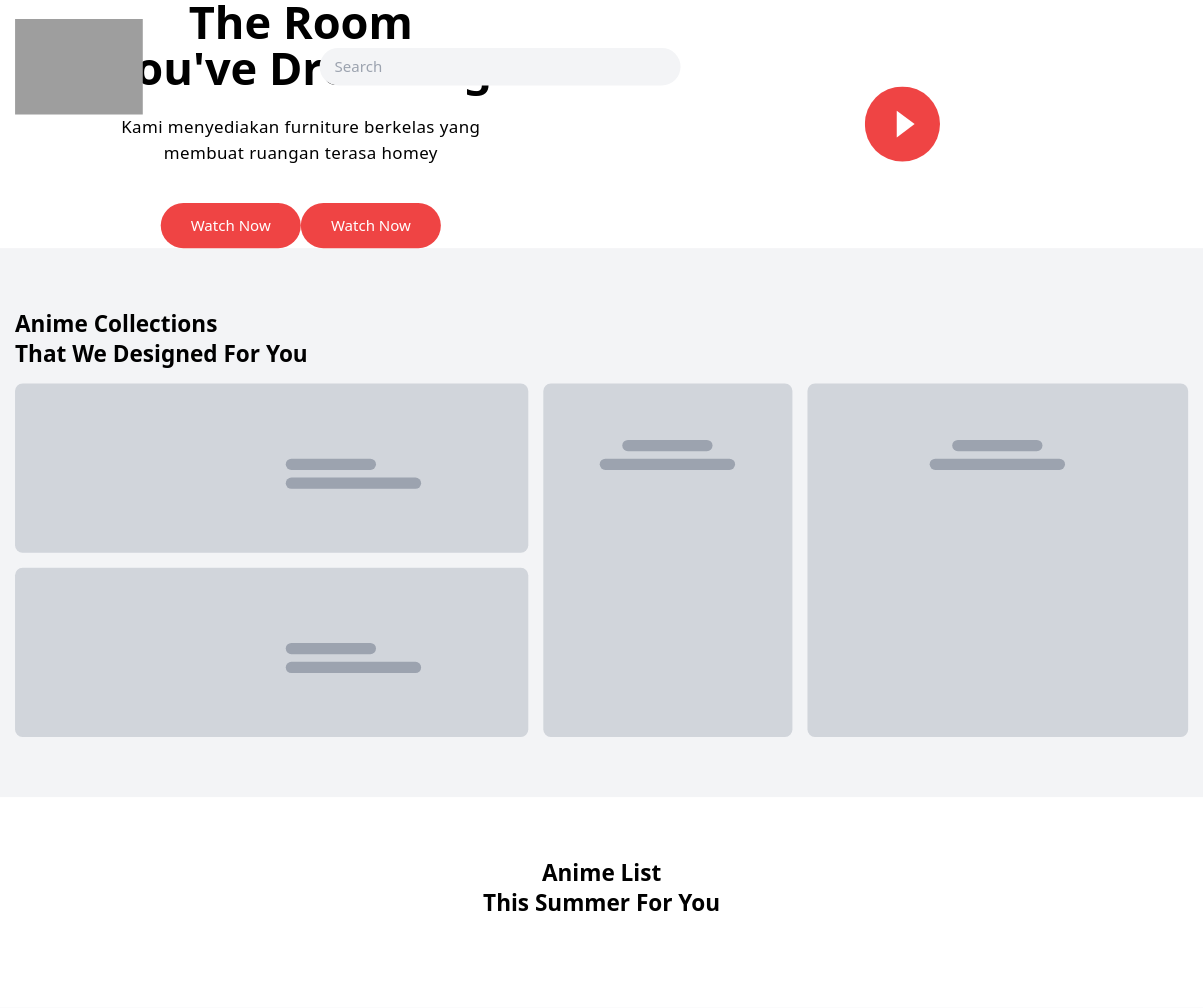
Repository: farrelmuhammad/anime-collections
Page: /
The author's editor kept a copy of each file at every save. The page is drawn from the files as they stood at one save, then again after the next save.
The browser window is 1280 px wide. The pictures show the whole page, at 94% of full size.
Pictures or frames that could not be fetched are drawn as grey boxes. The page's requests for data from a server got no answer. The project was rebuilt for these pictures with package versions that can differ from the ones it lists, and the page was loaded fresh each time. No one was signed in, and anything a server would have sent is missing. Also part of the build but not shown: src/App.css.

Above is the page before, as saved 2023-08-04 00:41:27.

### src/index.tsx
import React from 'react';
import ReactDOM from 'react-dom/client';
import "./assets/css/app.css";
import App from './App';
import reportWebVitals from './reportWebVitals';
import { BrowserRouter } from 'react-router-dom';

const root = ReactDOM.createRoot(
  document.getElementById('root') as HTMLElement
);
root.render(
  <React.StrictMode>
    <BrowserRouter>
      <App />
    </BrowserRouter>
  </React.StrictMode>
);

// If you want to start measuring performance in your app, pass a function
// to log results (for example: reportWebVitals(console.log))
// or send to an analytics endpoint. Learn more: https://bit.ly/CRA-vitals
reportWebVitals();

### src/assets/css/app.css
@import url("https://fonts.googleapis.com/css2?family=Open+Sans:wght@300;400;600&display=swap");
@tailwind base;
@tailwind components;
@tailwind utilities;

/* body {
  background-color: #16181f;
} */

/* utils */

.grid {
  grid-auto-flow: row dense;
  grid-auto-rows: minmax(180px, auto);
}

.stretched-link {
  @apply absolute inset-0 z-10;
}

/* card */

.card .card-shadow {
  @apply transition duration-300 shadow-none h-full;
}

.card:hover .card-shadow {
  @apply shadow-lg;
}

/* overlay */

.overlay {
  @apply absolute;
}

.overlay * {
  @apply transition-all duration-200;
}

.overlay.hoverable > * {
  @apply opacity-0;
}

.overlay.hoverable:hover > * {
  @apply opacity-100;
}

.overlay .video {
  @apply absolute transform bg-red-500 bg-no-repeat bg-center w-20 h-20 rounded-full items-center justify-center flex -translate-x-1/2 -translate-y-1/2;
  content: '';
  top: 50%;
  left: 50%;
  transform: translate(-50%, -50%);
  background-image: url("data:[embedded picture, 193 characters]");
}


@media only screen and (max-width: 768px) {
  .hero .hero-image,
  .hero .hero-caption {
    min-height: 90vh;
  }
  .hero .hero-cta {
    @apply w-12 h-12;
    transform: translateX(-75px) translateY(-50%);
    background-size: 37.5%;
  }
}

/* breadcrumb */

ul.breadcrumb {
  @apply flex flex-row items-center text-lg;
}

ul.breadcrumb li:not(:last-child):after {
  content: "/";
  @apply px-4;
}

ul.breadcrumb li:not(:last-child) a {
  @apply font-light;
}

ul.breadcrumb li:last-child a {
  @apply font-semibold;
}

/* slider */

.slider {
  @apply flex my-4 flex-col;
}

.slider .thumbnail {
  @apply w-screen order-last -mx-2 overflow-auto flex pl-4;
}

.slider .thumbnail .item {
  @apply rounded relative rounded-lg mb-4 cursor-pointer;
  width: 106px;
  height: 106px;
}

.slider .thumbnail .item:after {
  content: "";
  @apply transition duration-200 absolute inset-0 bg-black bg-opacity-0 border-2 border-black border-opacity-0 rounded-lg;
}

.slider .thumbnail .item.selected:after {
  content: "";
  @apply bg-opacity-25 border-opacity-100;
}

.slider .preview {
  @apply mb-4 px-4;
  height: 320px;
}

@media only screen and (min-width: 768px) {
  .slider {
    @apply flex-row;
  }
  .slider .thumbnail {
    @apply w-auto order-first block overflow-visible pl-0;
  }
  .slider .preview {
    height: 600px;
    width: 560px;
  }
}

a.cart svg g circle.dot {
  @apply hidden;
}

a.cart.cart-filled svg g circle.dot {
  @apply block;
}

button[disabled] {
  @apply bg-gray-300 hover:bg-gray-300 text-gray-400 hover:text-gray-400 cursor-not-allowed;
}

section:not(.bg-gray-100) + section.sitemap > div {
  @apply border-t;
}

### src/App.tsx
import React from 'react';
import logo from './logo.svg';
import './App.css';
import { Routes, Route } from 'react-router-dom';
import Home from './pages/Home';

function App() {
  return (
    <>
      <Routes>
        <Route path="/" element={<Home />} />
      </Routes>
    </>
  );
}

export default App;

### src/pages/Home.tsx
import React from 'react'
import Header from '../parts/Header'
import Hero from '../parts/Home/Hero'
import Categories from '../parts/Home/Categories'
import AnimeList from '../parts/Home/AnimeList'

const Home = () => {
    return (
        <>
            <Header theme="white" position="absolute" />
            <Hero />
            <Categories />
            <AnimeList />
        </>
    )
}

export default Home

### src/parts/Home/Hero.tsx
import React, { useState, useEffect } from "react";
import axios from "axios";

const Hero: React.FC = () => {
    const [randomImage, setRandomImage] = useState<string | null>(null);

    useEffect(() => {
        fetchRandomAnimeImage();
    }, []);

    const fetchRandomAnimeImage = async () => {
        try {
            const response = await axios.get("https://picsum.photos/800/600");
            console.log(response.request.responseURL);
            setRandomImage(response.request.responseURL);
        } catch (error) {
            console.error("Error fetching random image:", error);
        }
    };

    return (
        <section className="flex items-center hero">
            <div className="w-full absolute z-20 inset-0 md:relative md:w-1/2 text-center flex flex-col justify-center hero-caption">
                <h1 className="text-3xl md:text-5xl leading-tight font-semibold">
                    The Room <br className="" />
                    You've Dreaming
                </h1>
                <h2 className="px-8 text-base md:px-0 md:text-lg my-6 tracking-wide">
                    Kami menyediakan furniture berkelas yang
                    <br className="hidden lg:block" />
                    membuat ruangan terasa homey
                </h2>
                <div>
                    <a
                        href="#browse-the-room"
                        className="bg-red-500 text-white hover:bg-black hover:text-red-400 rounded-full px-8 py-3 mt-4 inline-block flex-none transition duration-200"
                    >
                        Watch Now
                    </a>
                    <a
                        href="#browse-the-room"
                        className="bg-red-500 text-white hover:bg-black hover:text-red-400 rounded-full px-8 py-3 mt-4 inline-block flex-none transition duration-200"
                    >
                        Watch Now
                    </a>
                </div>
            </div>
            <div className="w-full inset-0 md:relative md:w-1/2">
                <div className="relative hero-image">
                    <div className="overlay inset-0 bg-black opacity-35 z-10"></div>
                    <div className="overlay right-0 bottom-0 md:inset-0">
                        <button
                            className="video hero-cta focus:outline-none z-30 modal-trigger"
                            data-content='<div class="w-screen pb-56 md:w-88 md:pb-56 relative z-50">
              <div class="absolute w-full h-full">
                <iframe
                  width="100%"
                  height="100%"
                  src="https://www.youtube.com/embed/3h0_v1cdUIA"
                  frameborder="0"
                  allow="accelerometer; autoplay; clipboard-write; encrypted-media; gyroscope; picture-in-picture"
                  allowfullscreen
                ></iframe>
              </div>
            </div>'
                        ></button>
                    </div>
                    {randomImage && ( // Add this condition to render the image only when randomImage is not null
                        <img
                            src={randomImage}
                            alt="hero 1"
                            className="absolute inset-0 md:relative w-full h-full object-cover object-center"
                        />
                    )}
                </div>
            </div>
        </section>
    );
};

export default Hero;

### src/parts/Home/Categories.tsx
import React, { useEffect } from "react";
// import useAsync from "../../helpers/hooks/useAsync";
import fetch from "../../helpers/fetch";

interface Category {
    id: number;
    title: string;
    imageUrl: string;
    products: number;
    ratio: {
        default: string;
        md: string;
    };
}

interface CategoriesProps { }

function Loading({ ratio }: { ratio: any }) {
    const dummy = [
        {
            id: 1,
            ratio: {
                default: "1/9",
                md: "1/4",
            },
        },
        {
            id: 2,
            ratio: {
                default: "1/9",
                md: "2/2",
            },
        },
        {
            id: 3,
            ratio: {
                default: "1/9",
                md: "2/3",
            },
        },
        {
            id: 4,
            ratio: {
                default: "1/9",
                md: "1/4",
            },
        },
    ];

    return (
        <>
            {dummy.map((item, index) => (
                <div
                    key={item.id}
                    className={`relative card ${ratio?.wrapper.default?.[item.ratio.default]
                        } ${ratio?.wrapper.md?.[item.ratio.md]}`}
                    style={{ height: index === 0 ? 180 : "auto" }}
                >
                    <div className="bg-gray-300 rounded-lg w-full h-full">
                        <div className={`overlay  ${ratio?.meta?.[item.ratio.md]}`}>
                            <div className="w-24 h-3 bg-gray-400 mt-3 rounded-full"></div>
                            <div className="w-36 h-3 bg-gray-400 mt-2 rounded-full"></div>
                        </div>
                    </div>
                </div>
            ))}
        </>
    );
}

const Categories: React.FC<CategoriesProps> = () => {
    // const { data, status, error, run, isLoading } = useAsync<{ data: Category[] }>();

    // useEffect(() => {
    //     run(
    //         fetch({
    //             url: "/api/categories/?page=1&limit=4",
    //         })
    //     );
    // }, [run]);

    const ratioClassNames = {
        wrapper: {
            default: {
                "1/9": "col-span-9 row-span-1",
            },
            md: {
                "1/4": "md:col-span-4 md:row-span-1",
                "2/2": "md:col-span-2 md:row-span-2",
                "2/3": "md:col-span-3 md:row-span-2",
            },
        },
        meta: {
            "1/9":
                "left-0 top-0 bottom-0 flex justify-center flex-col pl-48 md:pl-72",
            "1/4":
                "left-0 top-0 bottom-0 flex justify-center flex-col pl-48 md:pl-72",
            "2/2":
                "inset-0 md:bottom-auto flex justify-center md:items-center flex-col pl-48 md:pl-0 pt-0 md:pt-12",
            "2/3":
                "inset-0 md:bottom-auto flex justify-center md:items-center flex-col pl-48 md:pl-0 pt-0 md:pt-12",
        },
    };

    return (
        <section className="flex bg-gray-100 py-16 px-4" id="browse-the-room">
            <div className="container mx-auto">
                <div className="flex flex-start mb-4">
                    <h3 className="text-2xl capitalize font-semibold">
                        Anime Collections <br className="" />
                        that we designed for you
                    </h3>
                </div>
                <div className="grid grid-rows-2 grid-cols-9 gap-4">
                    {/* {isLoading ? (
                    <Loading ratio={ratioClassNames} />
                ) : (
                    data?.data.map((item, index) => {
                        return (
                            <div
                                key={item.id}
                                className={`relative card ${ratioClassNames?.wrapper.default?.[item.ratio.default]
                                    } ${ratioClassNames?.wrapper.md?.[item.ratio.md]}`}
                                style={{ height: index === 0 ? 180 : "auto" }}
                            >
                                <div className="card-shadow rounded-xl">
                                    <img
                                        src={`../../assets/images/content/${item.imageUrl}`}
                                        alt={item.title}
                                        className="w-full h-full object-cover object-center overlay overflow-hidden rounded-xl"
                                    />
                                </div>
                                <div
                                    className={`overlay  ${ratioClassNames?.meta?.[item.ratio.md]
                                        }`}
                                >
                                    <h5 className="text-lg font-semibold">{item.title}</h5>
                                    <span className="">
                                        {item.products} item{item.products > 1 ? "s" : ""}
                                    </span>
                                </div>
                            </div>
                        );
                    })
                )} */}
                    <Loading ratio={ratioClassNames} />
                </div>
            </div>
        </section>
    );
};

export default Categories;

### src/parts/Home/AnimeList.tsx
import React, { useEffect, useRef } from "react";
// import useAsync from "../../helpers/hooks/useAsync";
import fetch from "../../helpers/fetch";
import { Link } from "react-router-dom";
// import Carousel from "../../components/Carousel";

interface Product {
    id: number;
    title: string;
    imageUrl: string;
    price: number;
    idc: number;
}

function Loading() {
    return (
        <>
            {Array(8)
                .fill(null)
                .map((_, index) => {
                    return (
                        <div className="px-4 relative card group" key={index}>
                            <div
                                className="rounded-xl bg-gray-300 overflow-hidden card-shadow relative"
                                style={{ width: "180px", height: "240px" }}
                            ></div>
                            <div className="w-24 h-3 bg-gray-300 mt-3 rounded-full"></div>
                            <div className="w-36 h-3 bg-gray-300 mt-2 rounded-full"></div>
                        </div>
                    );
                })}
        </>
    );
}

const AnimeList: React.FC = () => {
    // const { data, error, run, isLoading } = useAsync<{ data: Product[] }>();

    const refContainer = useRef<HTMLDivElement>(null);

    // useEffect(() => {
    //     run(
    //         fetch({
    //             url: "/api/products/?page=1&limit=10",
    //         })
    //     );
    // }, [run]);

    return (
        <section className="flex flex-col py-16">
            <div className="container mx-auto mb-4">
                <div className="flex justify-center text-center mb-4">
                    <h3 className="text-2xl capitalize font-semibold">
                        Anime List <br className="" />
                        this summer for you
                    </h3>
                </div>
            </div>
            <div className="overflow-x-hidden px-4" id="carousel">
                <div
                    className="overflow-x-hidden px-4"
                    id="carousel"
                    ref={refContainer}
                ></div>
                {refContainer.current && (
                    <div
                        className="flex -mx-4 flex-row relative"
                        style={{
                            paddingLeft:
                                refContainer.current.getBoundingClientRect().left - 16 || 0,
                        }}
                    >
                        <Loading />
                    </div>
                )}
                {/* {isLoading ? (
                    <div
                        className="flex -mx-4 flex-row relative"
                        style={{
                            paddingLeft:
                                refContainer.current?.getBoundingClientRect()?.left - 16 || 0,
                        }}
                    >
                        <Loading />
                    </div>
                ) : error ? (
                    JSON.stringify(error)
                ) : data.data.length === 0 ? (
                    "No Product Found"
                ) : (
                    <Carousel refContainer={refContainer}>
                        {data.data.map((item) => {
                            return (
                                <div className="px-4 relative card group" key={item.id}>
                                    <div
                                        className="rounded-xl overflow-hidden card-shadow relative"
                                        style={{ width: "287px", height: "386px" }}
                                    >
                                        <div className="absolute opacity-0 group-hover:opacity-100 transition duration-200 flex items-center justify-center w-full h-full bg-black bg-opacity-35">
                                            <div className="bg-white text-black rounded-full w-16 h-16 flex items-center justify-center">
                                                <svg
                                                    className="fill-current"
                                                    width="43"
                                                    height="24"
                                                    viewBox="0 0 43 24"
                                                    fill="none"
                                                    xmlns="http://www.w3.org/2000/svg"
                                                >
                                                    <path d="M41.6557 10.0065C39.2794 6.95958 36.2012 4.43931 32.7542 2.71834C29.2355 0.961548 25.4501 0.0500333 21.4985 0.00223289C21.3896 -0.000744296 20.9526 -0.000744296 20.8438 0.00223289C16.8923 0.050116 13.1068 0.961548 9.58807 2.71834C6.14106 4.43931 3.06307 6.9595 0.686613 10.0065C-0.228871 11.1802 -0.228871 12.8198 0.686613 13.9935C3.06299 17.0404 6.14106 19.5607 9.58807 21.2817C13.1068 23.0385 16.8922 23.95 20.8438 23.9978C20.9526 24.0007 21.3896 24.0007 21.4985 23.9978C25.45 23.9499 29.2355 23.0385 32.7542 21.2817C36.2012 19.5607 39.2793 17.0405 41.6557 13.9935C42.5712 12.8196 42.5712 11.1802 41.6557 10.0065ZM10.3576 19.7406C7.13892 18.1335 4.26445 15.7799 2.04487 12.9341C1.61591 12.3841 1.61591 11.6159 2.04487 11.0659C4.26436 8.22009 7.13883 5.86646 10.3576 4.25944C11.2717 3.80311 12.2053 3.40846 13.1561 3.07436C10.71 5.27317 9.16886 8.45975 9.16886 12C9.16886 15.5403 10.7101 18.7272 13.1564 20.9259C12.2056 20.5918 11.2718 20.197 10.3576 19.7406ZM21.1712 22.2798C15.5028 22.2798 10.8913 17.6683 10.8913 11.9999C10.8913 6.33148 15.5028 1.72007 21.1712 1.72007C26.8396 1.72007 31.4511 6.33156 31.4511 12C31.4511 17.6684 26.8396 22.2798 21.1712 22.2798ZM40.2976 12.9341C38.0781 15.7798 35.2036 18.1335 31.9849 19.7405C31.0718 20.1963 30.1388 20.5892 29.1892 20.923C31.6336 18.7243 33.1736 15.5387 33.1736 11.9999C33.1736 8.45918 31.6321 5.27218 29.1856 3.07336C30.1366 3.40755 31.0705 3.80269 31.9849 4.25928C35.2036 5.86629 38.0781 8.21993 40.2976 11.0657C40.7265 11.6158 40.7265 12.384 40.2976 12.9341Z" />
                                                    <path d="M21.1712 7.60071C18.7454 7.60071 16.772 9.57417 16.772 11.9999C16.772 14.4257 18.7454 16.3991 21.1712 16.3991C23.5969 16.3991 25.5704 14.4257 25.5704 11.9999C25.5705 9.57417 23.597 7.60071 21.1712 7.60071ZM21.1712 14.6767C19.6952 14.6767 18.4944 13.476 18.4944 11.9999C18.4944 10.5239 19.6951 9.32318 21.1712 9.32318C22.6471 9.32318 23.8479 10.5239 23.8479 11.9999C23.848 13.476 22.6471 14.6767 21.1712 14.6767Z" />
                                                </svg>
                                            </div>
                                        </div>
                                        <img
                                            src={item.imageUrl}
                                            alt=""
                                            className="w-full h-full object-cover object-center"
                                        />
                                    </div>
                                    <h5 className="text-lg font-semibold mt-4">{item.title}</h5>
                                    <span className="">IDR {item.price}</span>
                                    <Link
                                        to={`/categories/${item.idc}/products/${item.id}`}
                                        className="stretched-link"
                                    ></Link>
                                </div>
                            );
                        })}
                    </Carousel>
                )} */}
            </div>
        </section>
    );
};

export default AnimeList;

Loaded but not shown: public/index.html (common file); src/reportWebVitals.ts (common file); tailwind.config.js (common file); src/parts/Header.tsx (132 lines, source omitted)

After the next save:
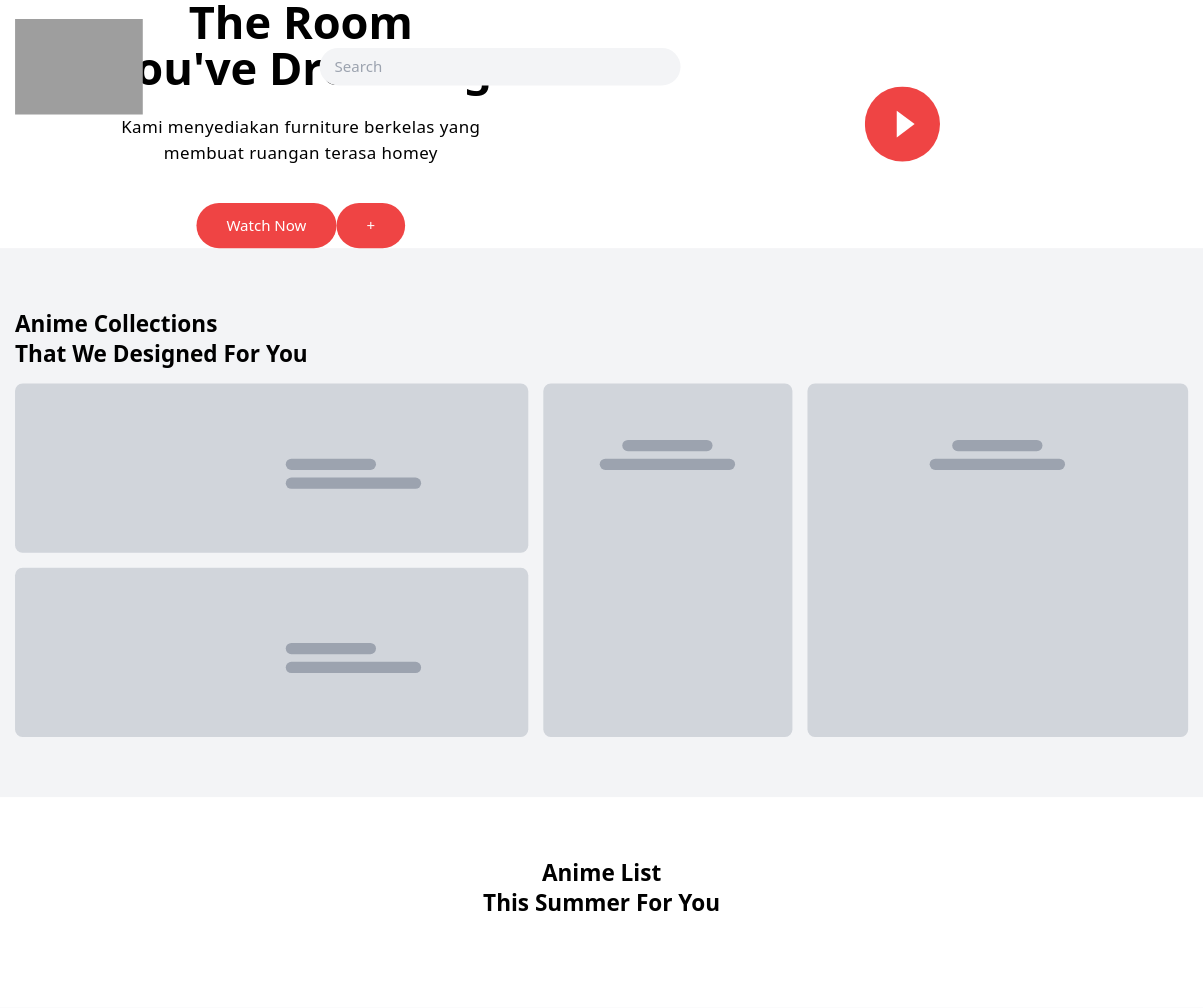
Saved 20 s later.
--- a/src/parts/Home/Hero.tsx
+++ b/src/parts/Home/Hero.tsx
@@ -41,7 +41,7 @@
                         href="#browse-the-room"
                         className="bg-red-500 text-white hover:bg-black hover:text-red-400 rounded-full px-8 py-3 mt-4 inline-block flex-none transition duration-200"
                     >
-                        Watch Now
+                        +
                     </a>
                 </div>
             </div>
